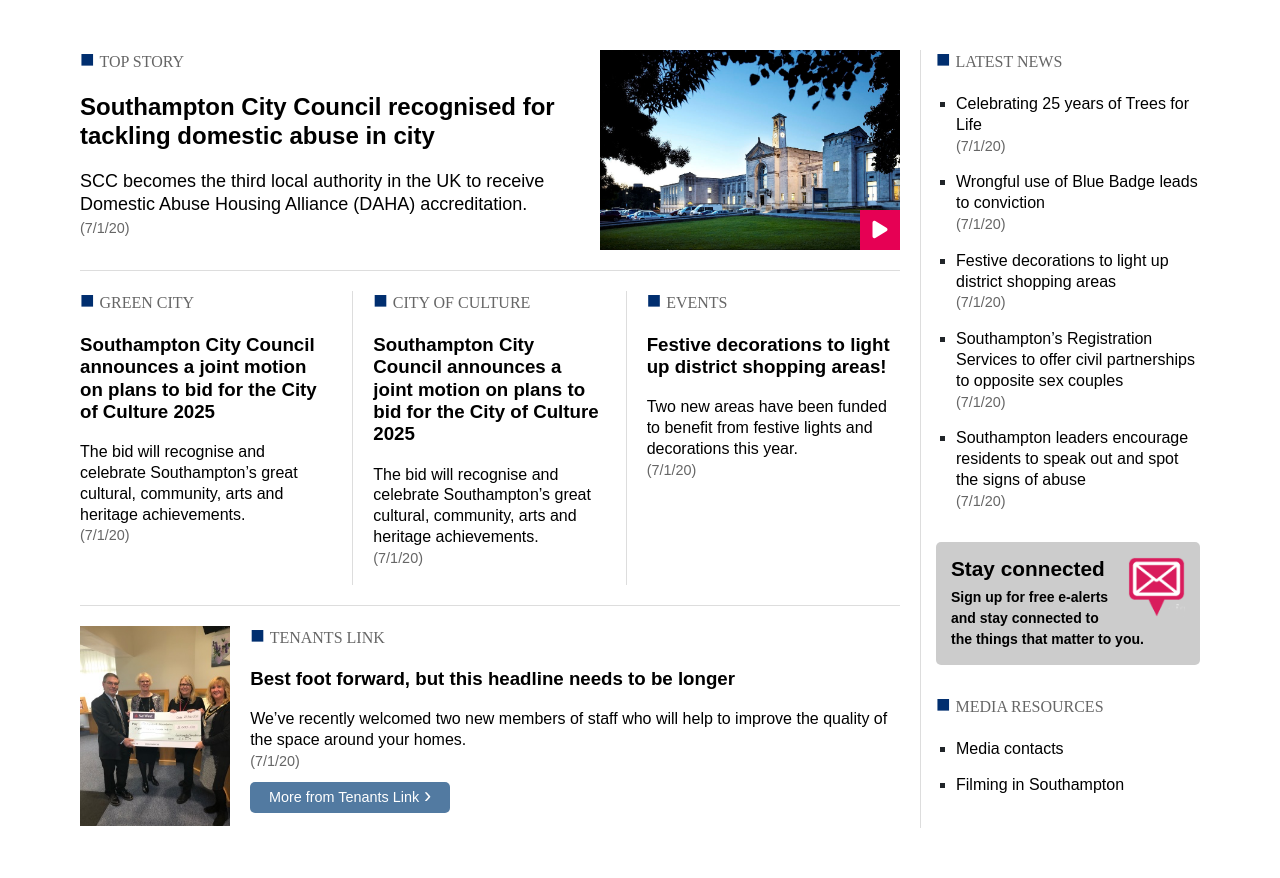
Repository: Domehead123/newspage
Page: index8.html
The author's editor kept a record of every edit. The page is drawn from the files as they stood at one moment, then again after the next edit.
The browser window is 1280 px wide. The pictures show the whole page.
Some web libraries are served in a nearby version.

Above is the page before.

After the next edit:
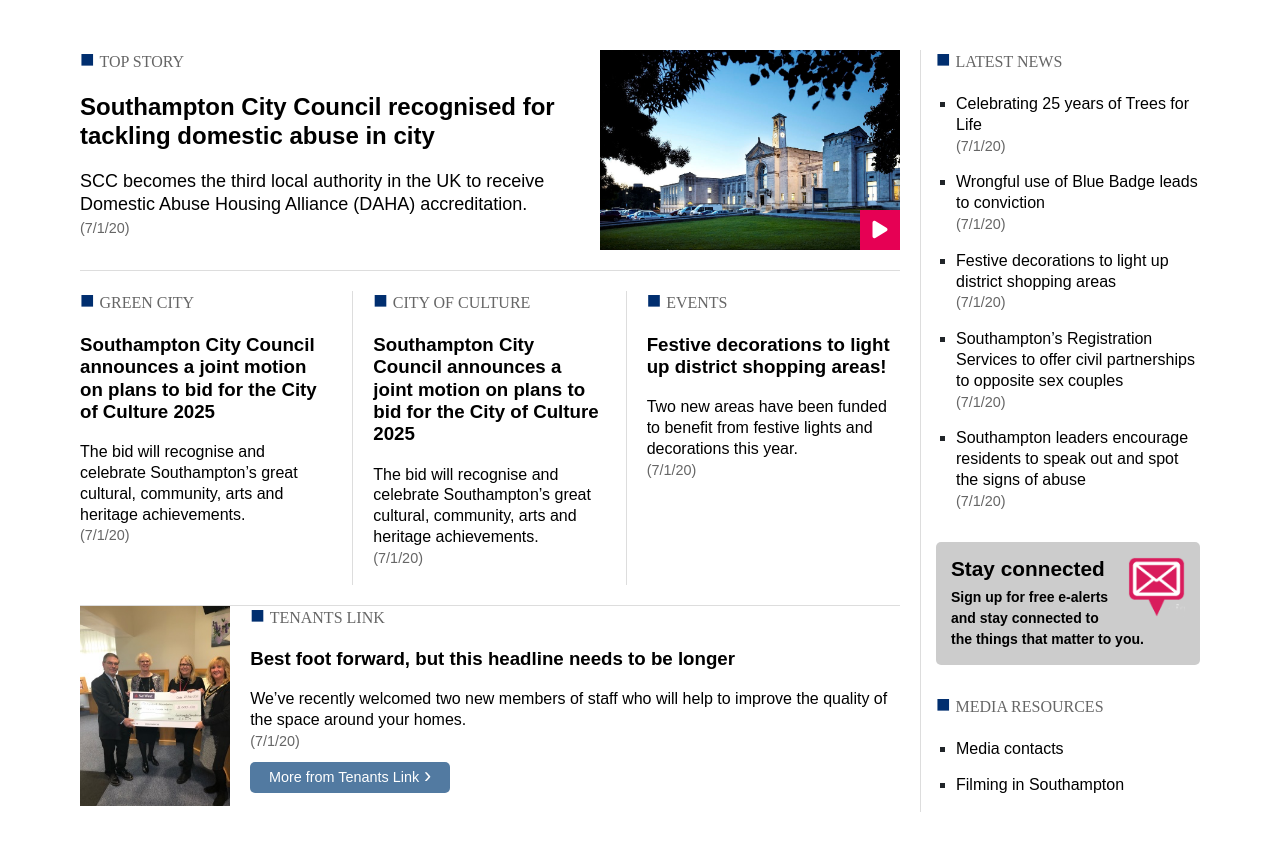
The edit:
--- a/news4.css
+++ b/news4.css
@@ -159,11 +159,6 @@
 }
 
 
-
-.bottom-story {
-    padding: 20px 0 0 0;
-    border-bottom: 1px solid #ddd;
-}
 
 .side-panel {
     padding: 20px 0 0 0;

After the edit that followed:
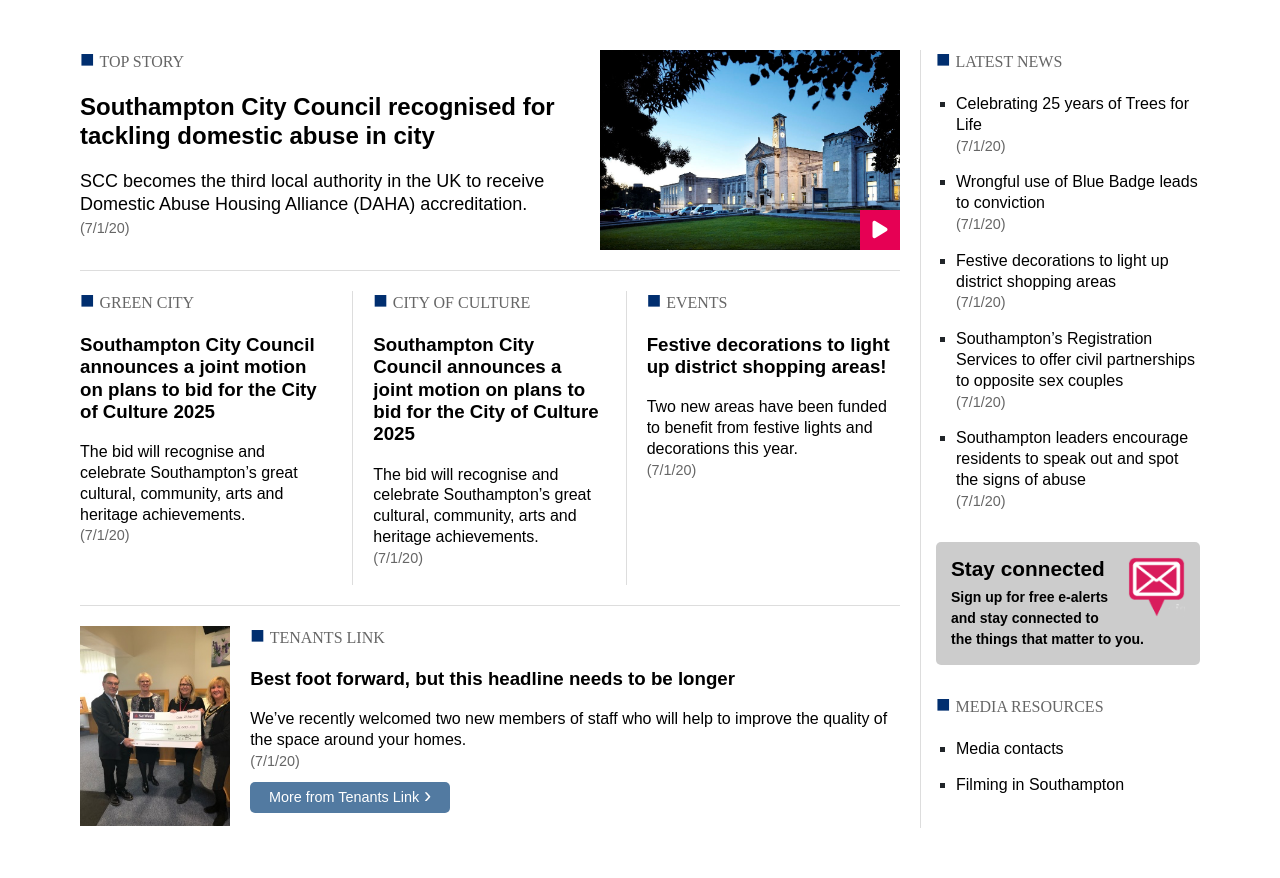
The edit:
--- a/news4.css
+++ b/news4.css
@@ -144,6 +144,11 @@
 }
 
 /* Bottom row */
+
+.bottom-story {
+    padding: 20px 0 0 0;
+    border-bottom: 1px solid #ddd;
+}
 
 .bottom-large-pic {
     height: 200px;
